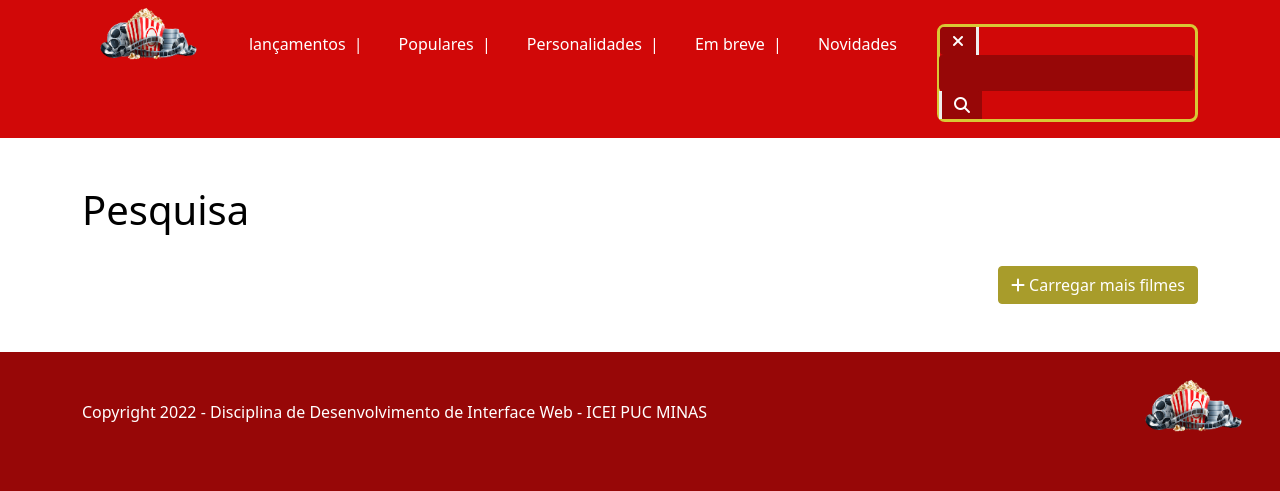
Repository: PedroH-Santos/portalFilmes-Html-JS
Page: Trabalho01-Web/pesquisa.html
An editor plug-in stored every save of this project. The page is shown before and after the next save, followed by the edit.
The browser window is 1280 px wide. The pictures show the whole page.
The page's requests for data from a server got no answer. Some web libraries are served in a nearby version.

Above is the page before, as saved 2022-06-09 20:11:31.
Console error (its wording comes from the project's code and is left out).

### Trabalho01-Web/pesquisa.html
<!doctype html>
<html lang="pt-br">

<head>
    <!-- Required meta tags -->
    <meta charset="utf-8">
    <meta name="viewport" content="width=device-width, initial-scale=1">

    <!-- Bootstrap CSS -->
    <link href="https://cdn.jsdelivr.net/npm/bootstrap@5.1.3/dist/css/bootstrap.min.css" rel="stylesheet"
        integrity="sha384-1BmE4kWBq78iYhFldvKuhfTAU6auU8tT94WrHftjDbrCEXSU1oBoqyl2QvZ6jIW3" crossorigin="anonymous">

    <script src="https://kit.fontawesome.com/5342ce2135.js" crossorigin="anonymous"></script>
    <link rel="stylesheet" href="./styles/home.css" />
    <script src="https://ajax.googleapis.com/ajax/libs/jquery/3.6.0/jquery.min.js"></script>

    <title>Portal de Filmes</title>
</head>

<body>
    <header class="header">

        <div class="container">
            <div class="row">
                <span class="col-xl-1 col-sm-12 col-12 logoContainer">
                    <a href="index.html">
                        <img src="./images/logo.png" class="logo mt-1" />
                    </a>
                </span>

                <div class="menu col-xl-8  mt-4">
                    <ul class="nav justify-content-end ">
                        <li class="nav-item">
                            <a class="nav-link" aria-current="page" href="#lancamentos"> lançamentos <span class="m-1">
                                    | </span>
                            </a>
                        </li>
                        <li class="nav-item">
                            <a class="nav-link" href="#populares"> Populares <span class="m-1"> | </span> </a>
                        </li>
                        <li class="nav-item">
                            <a class="nav-link" href="#ultimasAvaliacoes"> Personalidades <span class="m-1"> |
                                </span></a>
                        </li>
                        <li class="nav-item">
                            <a class="nav-link " href="#entrevistaMaking"> Em breve <span class="m-1"> | </span></a>
                        </li>
                        <li class="nav-item">
                            <a class="nav-link" href="#novidades"> Novidades </a>
                        </li>
                    </ul>
                </div>
                <div class="pesquisa col-xl-3 mt-4">
                    <div class="input-group mb-3">
                        <a href="#" class="input-group-text input-search emptyInputSearch"><i class="fas fa-times"></i></a>

                        <form action="pesquisa.html" method="get" class="formSearch">
                            <input type="text" class="form-control searchInput" name="search" aria-label="Amount (to the nearest dollar)">
                        </form>
                        <a href="#" class="searchButton">
                            <span class="input-group-text input-search"><i class="fas fa-search"></i></span>
                        </a>


                    </div>
                </div>
            </div>
        </div>

        <div class="menuMobile">
            <a href="#" class="toogle-menu" onclick="showMobile()"> <i class="fas fa-bars"></i> </a>
            <div class="containerLinks">
                <ul class="nav-mobile" id="menuMob">
                    <li class="nav-item d-block">
                        <a class="nav-link" aria-current="page" href="#lancamentos"> lançamentos </a>
                    </li>
                    <li class="nav-item">
                        <a class="nav-link" href="#populares"> Populares </a>
                    </li>
                    <li class="nav-item">
                        <a class="nav-link" href="#ultimasAvaliacoes"> Personalidades </a>
                    </li>
                    <li class="nav-item">
                        <a class="nav-link " href="#entrevistaMaking"> Em breve</a>
                    </li>
                    <li class="nav-item">
                        <a class="nav-link" href="#novidades"> Novidades </a>
                    </li>
                </ul>
            </div>
        </div>
    </header>

    <main>




        <section id="populares" class="blockType2">
            <div class="container ">
                <div class="row ">
                    <div class="col-xl-9  col-sm-12  col-12 mt-4">
                        <h1 class="mt-4 "> Pesquisa </h1>
                    </div>
                </div>
                <div class="searchData">

                </div>
                <div class="row">
                    <div class="col-xl-6 mt-4">

                    </div>
                    <div class="col-xl-6 mt-4 d-flex justify-content-end mb-5">
                        <button type="button" class="btn btn-primary btn-md addPageSearch" ><i class="fas fa-plus"></i>
                            Carregar mais
                            filmes</button>
                    </div>

                </div>
            </div>

        </section>







    </main>





    <footer class="mt-4 footer">


        <div class="container">
            <div class="row">

                <div class="col-xl-11 col-sm-12 col-12 mt-4">
                    <p> Copyright 2022 - Disciplina de Desenvolvimento de Interface Web - <span
                            class="font-weight-bold"> ICEI PUC MINAS </span></p>
                </div>

                <span class="col-xl-1 col-sm-12 col-12 logoContainer">
                    <img src="./images/logo.png" class="logo" />
                </span>
            </div>
        </div>

    </footer>


    <script src="https://cdn.jsdelivr.net/npm/bootstrap@5.1.3/dist/js/bootstrap.bundle.min.js"
        integrity="sha384-ka7Sk0Gln4gmtz2MlQnikT1wXgYsOg+OMhuP+IlRH9sENBO0LRn5q+8nbTov4+1p"
        crossorigin="anonymous"></script>

</body>

<script src="./scripts/pesquisa.js"> </script>

</html>

### Trabalho01-Web/styles/home.css
* {
    box-sizing: border-box;
    margin: 0;
}

body {
    background-color: rgb(151 7 7);
    ;
}

p {
    break-word: break;
}

.logo {
    width: 8em;
    height: 4rem;
}

.menu {
    display: inline-block;
    color: white;
}

.nav-link {
    color: white;
}

.nav-link:hover {
    color: rgb(216, 200, 53);
}



.header {
    background-color: rgba(255, 10, 10, 0.562)
}

.footer {
    color: white;
}

.cardDestaque {
    justify-content: end;
}

.cardDestaque > img{
    max-width: 262px;
    max-height: 388px;
}


.title-info.next {
    color: rgb(216, 200, 53);
}
.text-info-sub{
 font-size: 1.2rem;
}


.title-info {
    display: inline-block;
}

.subdiv-info {
    display: inline-block;
}

.div-title-section {
    display: flex;
    align-items: center;
    justify-content: center;
}

.blockType1 {
    background-color: rgba(151, 7, 7, 0.562);
    color: white;
}

.blockType2 {
    background-color: white;
    color: black;
}

.userCircle {
    width: 60px;
    height: 60px;
    background-color: rgba(151, 7, 7, 0.562);
    border-radius: 30px;
    text-align: center;
    font-size: 30px;
}

.dataAvaliacao {
    font-weight: bold;
}

.avaliacoes input[type=radio] {
    display: none;
}

.avaliacoes label i.fas:before {
    color: rgb(216, 200, 53);
}

.avaliacoes input[type=radio]:checked~label i.fas:before {
    color: #cccccc;
}

.img-novidades {
    max-width: 190px;
    max-height: 267px;
    width: 100%;
}

.btn-primary {
    background-color: rgb(168, 156, 43);
    border-color: rgb(168, 156, 43);
}

.btn-primary:hover {
    background-color: rgb(151, 139, 32);
    border-color: rgb(151, 139, 32);
}

.novidade-block {
    border-bottom: 1px solid white;
}

.editorial-info i {
    font-size: 20px;
}

.redes-sociais-info {
    font-size: 40px;
    color: rgb(168, 156, 43);

}

.redes-sociais-info:hover {
    color: rgb(151, 139, 32);

}

.iframeLancamentos {
    width: 100%;
    height: 400px;
}

.menuMobile {
    overflow: hidden;
    display: none;
}

.nav-mobile {
    list-style: none;
    opacity: 0;
    position: relative;
    width: 200px;
    z-index: 99999;
    transition: opacity 0.4s linear;

}
.containerLinks{
    position: absolute;
    height: 20px;
}
.nav-mobile > .nav-item {
    background-color: rgb(168, 156, 43);
    text-decoration: none;
    width: 100%;
    z-index: 99999;

}


.toogle-menu {
    color: white;
    margin-left: 2rem;
    text-decoration: none;
    display: block;

}

.toogle-menu:hover {
    color: rgb(168, 156, 43);
}
.input-group{
    border: 3px solid rgb(216, 200, 53);
    border-radius: 0.5rem;
}
.input-group input, .input-search{
    border-color: rgb(216, 200, 53);
    border: 0;
    background-color: rgb(151 7 7);
    color: white;
}

.form-control:focus  {
    background-color: rgb(192 0 0);
}

.input-search {
    background-color: rgb(151 7 7);
    border: 0;
}


.imageFilm{
    max-width: 100%;
    height: auto;
}





@media screen and (max-width: 768px) {
    .pesquisa {
        display: none;
    }

    .cardDestaque {
        justify-content: center;
    }

    .cardMaking {
        text-align: center;
    }

    .iframeLancamentos {
        width: 100%;
        height: 400px;
    }

    .iframeEntrevista {
        width: 80%;
    }
}


@media screen and (max-width: 1200px) {
    .logoContainer {
        text-align: center;
        margin-top: 20px;
    }

    .menu {
        display: none;
    }

    .menuMobile {
        display: block;
    }

    .containerImageNovidades{
        text-align: center;
        margin-bottom: 20px;
    }
    .userCircle {
        margin-right: 10px;
    }
}



.searchButton{
    background-color: rgb(151 7 7);
    border: 0;
    border-left: 3px solid #eee;
    text-decoration: none;
}
.input-search{
    text-decoration: none;

}
.searchInput:focus {
    color: #fff;
}
.emptyInputSearch{
    border-right: 3px solid #eee;

}
.formSearch{
    width: 100%;
}

### Trabalho01-Web/scripts/pesquisa.js
const TOKEN_LEITURA = "eyJhbGciOiJIUzI1NiJ9.eyJhdWQiOiI5ODA0ODE1ZDMxNDZjYWVlZTk3ZTg2MmM0MDJiMzMxZSIsInN1YiI6IjYyOWU4Mjc5ZDIxNDdjMTE3Y2FmYTcyMyIsInNjb3BlcyI6WyJhcGlfcmVhZCJdLCJ2ZXJzaW9uIjoxfQ.lcDoFcQZPkXEpju3YQv6ZDBcaRqk-C9sPSVMZtAOYSk"
const CHAVE_API = "9804815d3146caeee97e862c402b331e";
const BASE_URL = "https://api.themoviedb.org/3/";
const BASE_URL_FILMS = "https://image.tmdb.org/t/p/w300";
const YOUTUBE_VIDEOS = "https://www.youtube.com/embed/";



let search = window.location.search;
let filmName = search.replace("?search=", "");


var xhttp = new XMLHttpRequest();
var dataSearchFilms = [];
let pageSearchFilms = 1;
loadSearchFilms();
$(".addPageSearch").click(() => {
    pageSearchFilms++;
    loadSearchFilms(pageSearchFilms);
    getDefaultSearchFilms();

 });
function loadSearchFilms(page) {
    xhttp.open("GET", `${BASE_URL}search/movie?api_key=${CHAVE_API}&language=pt-BR&page=${page}&append_to_response=videos&query=${filmName}`, false);
    xhttp.send();
    let responseSearchFims = JSON.parse(xhttp.responseText);
    dataSearchFilms = responseSearchFims.results;
}


getDefaultSearchFilms(dataSearchFilms, pageSearchFilms);

function getDefaultSearchFilms() {

    searchFilmData = $(".searchData").html();

    searchFilmData += '<div class="row">';

    for (let i = 0; i < dataSearchFilms.length; i++) {
        let data = dataSearchFilms[i];
        xhttp.open("GET", `${BASE_URL}movie/${data.id}?api_key=${CHAVE_API}&language=pt-BR&page=1&append_to_response=videos`, false);
        xhttp.send();
        let dataPlus = JSON.parse(xhttp.responseText);
        searchFilmData += `

      <div class="col-xl-3 col-sm-12 col-md-6 col-lg-4 col-12 mt-4 cardDestaque ">

      <div class="d-block">
            <img src="${BASE_URL_FILMS}/${data.poster_path}?api_key=${CHAVE_API}" class="imageFilm"/>
         </div>
         <div class="d-block">
            <p class="mt-3 "> <strong> Título: </strong>  ${data.title}  </p>
            <p class="mt-3 "> <strong> Avaliação: </strong> ${data.vote_average} </p>
            <p class="mt-3 "> <strong> Data de Lançamento: </strong>${data.release_date}</p>
            <p class="mt-3 "> <strong>  Resumo : </strong> ${data.overview}</p>
         </div>
         <div class="d-block mt-2">
            <a href="detalhes.html?id=${data.id}" class="btn btn-primary">Detalhes</a>
         </div>
      </div>
      `
    }
    searchFilmData += '</div>';

    $(".searchData").html(searchFilmData);

}
let htmlDetail = '';

After the next save:
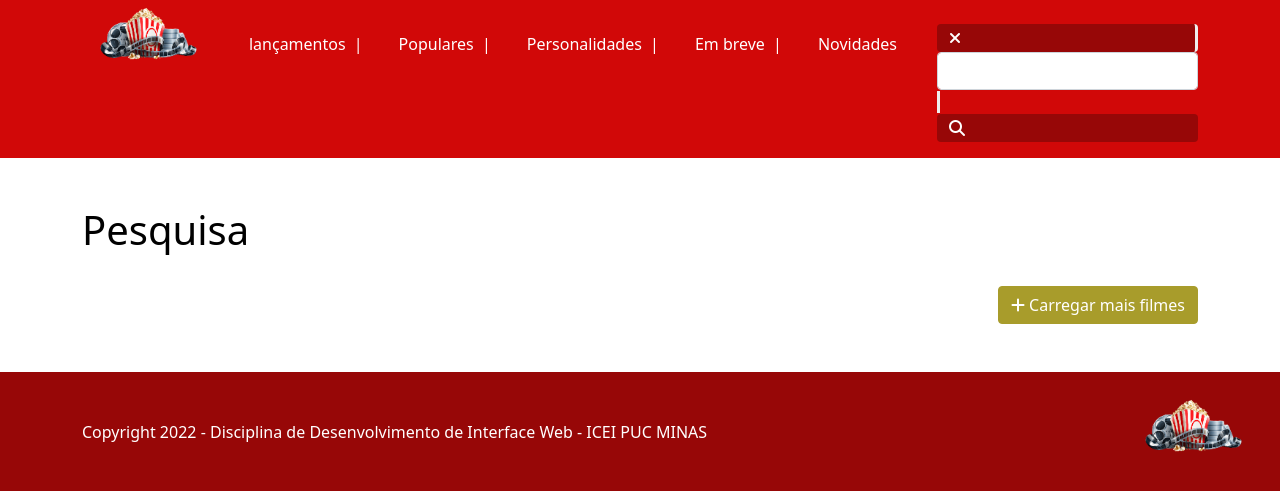
Saved 35 s later.
--- a/Trabalho01-Web/pesquisa.html
+++ b/Trabalho01-Web/pesquisa.html
@@ -51,7 +51,7 @@
                     </ul>
                 </div>
                 <div class="pesquisa col-xl-3 mt-4">
-                    <div class="input-group mb-3">
+                    <div class="mb-3">
                         <a href="#" class="input-group-text input-search emptyInputSearch"><i class="fas fa-times"></i></a>
 
                         <form action="pesquisa.html" method="get" class="formSearch">
